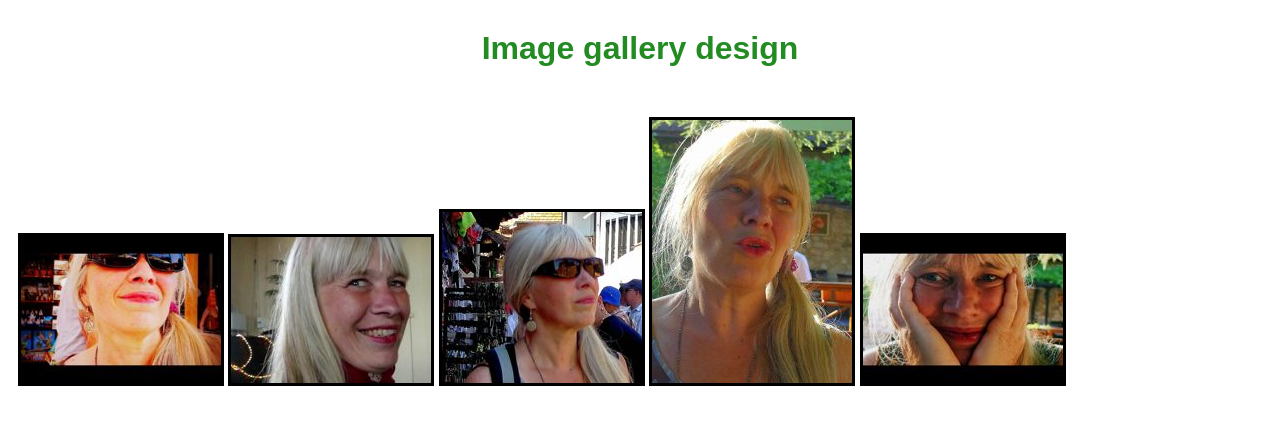
Repository: hindrik40/bildspel-lightbox
Page: index.html
The author's editor kept a copy of each file at every save. The page is drawn from the files as they stood at one save, then again after a run of saves.
The browser window is 1280 px wide. The pictures show the whole page.

Above is the page before, as saved 2021-08-08 16:43:50.

### index.html
<!DOCTYPE html>
<html lang="en">
<head>
    <meta charset="UTF-8">
    <meta http-equiv="X-UA-Compatible" content="IE=edge">
    <meta name="viewport" content="width=device-width, initial-scale=1.0">
    <link rel="stylesheet" href="css/style.css">
    <title>slide lightbox</title>
</head>
<body>
    <h1>Image gallery design</h1>
    <div class="gallery">
        <img src="images/b7t.jpg">
        <img src="images/b5t.jpg">
        <img src="images/b6t.jpg">
        <img src="images/b9t.jpg">
        <img src="images/b8t.jpg">



    </div>

</body>
</html>

### css/style.css
body{
    font-family: sans-serif;
}
h1{
    text-align: center;
    color:forestgreen;
    margin: 30px 0 50px;
}
.gallery
{
    margin:10px
}

img{
    border:3px solid black;
}

After the next 2 saves:
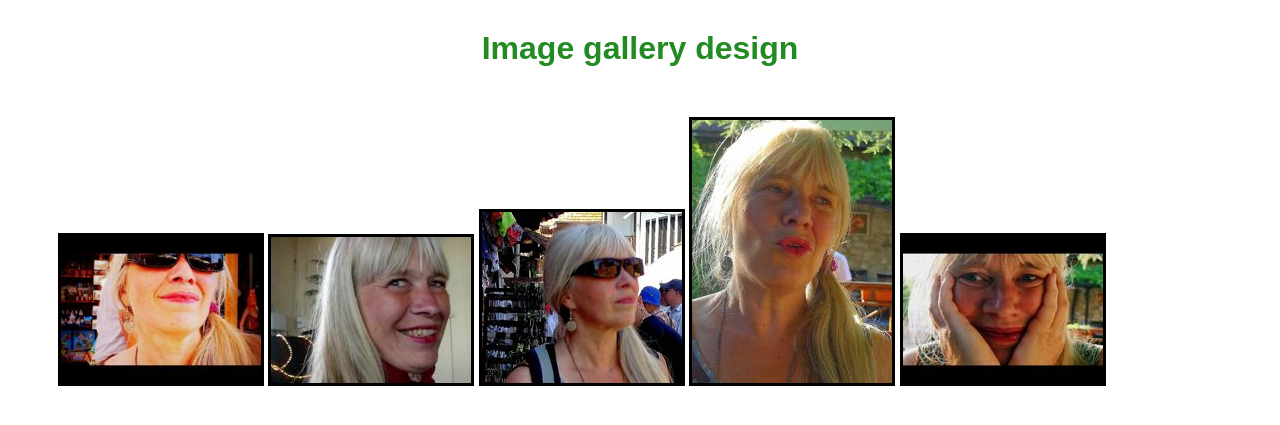
The 2 saves are shown as one change because they came seconds apart.
The last was saved 14 s later.
--- a/css/style.css
+++ b/css/style.css
@@ -8,7 +8,7 @@ h1{
 }
 .gallery
 {
-    margin:10px
+    margin:10px 50px;
 }
 
 img{
